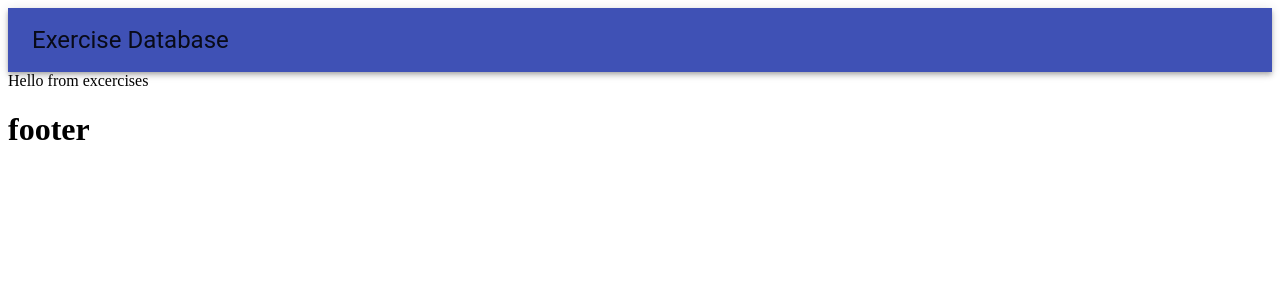
Repository: Votex874/material-ui
Page: /
These files come from the project's save history. The page is drawn as it stood at one moment and after the next save; the edit follows.
The browser window is 1280 px wide. The pictures show the whole page.
The project was rebuilt for these pictures with package versions that can differ from the ones it lists, and the page was loaded fresh each time.

Above is the page before, as saved 2019-03-23 17:22:09.

After the next save:
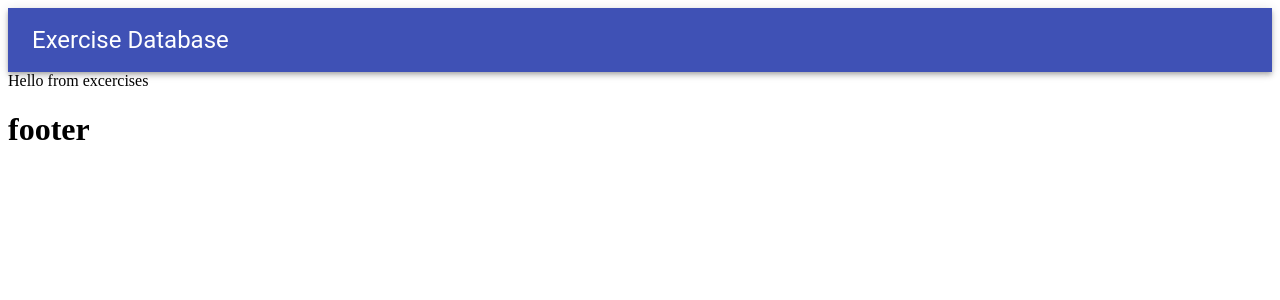
Saved 20 s later.
--- a/src/Components/Layouts/Header.js
+++ b/src/Components/Layouts/Header.js
@@ -6,7 +6,7 @@ const Header = props => {
   return (
     <AppBar position="static">
       <Toolbar>
-        <Typography variant="headline">Exercise Database</Typography>
+        <Typography variant="headline" color="inherit">Exercise Database</Typography>
       </Toolbar>
     </AppBar>
   );
